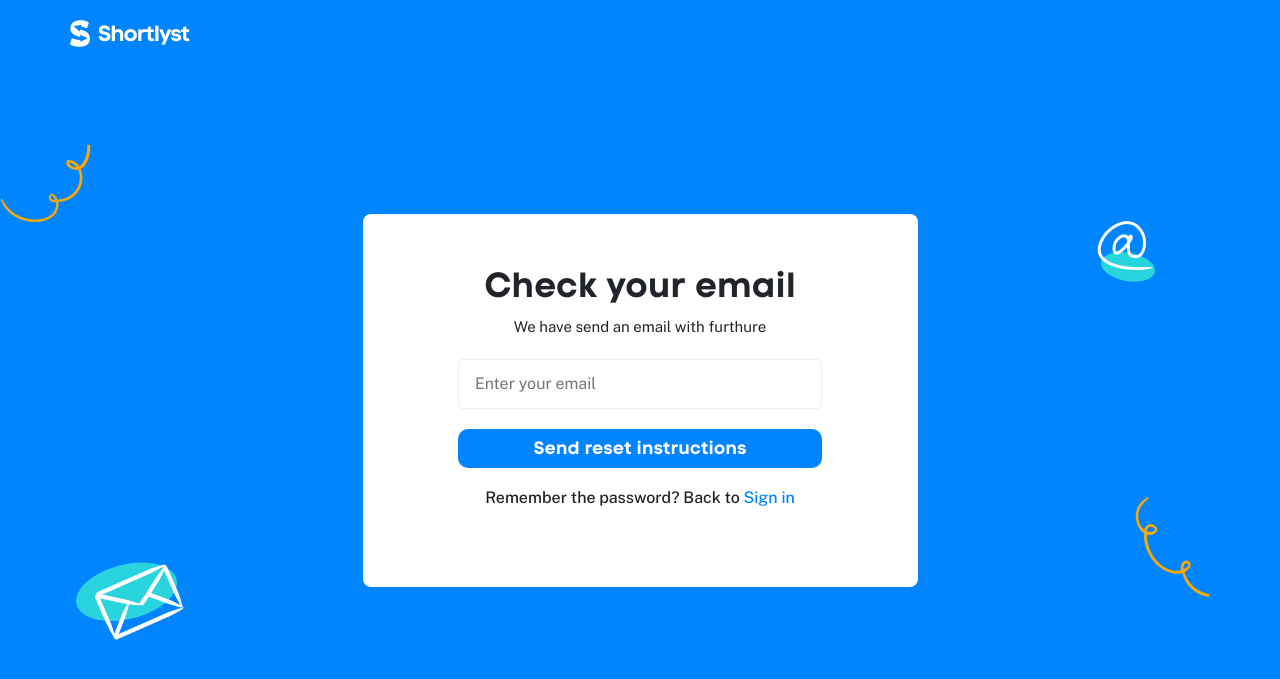
Repository: devtech92/shortlyst-vue
Page: /Checked-email
These files come from the project's save history. The page is drawn as it stood at one moment and after a run of saves; the edit follows.
The browser window is 1280 px wide. The pictures show the whole page.
Some web libraries are served in a nearby version. The project was rebuilt for these pictures with package versions that can differ from the ones it lists, and the page was loaded fresh each time. Also part of the build but not shown: vue.config.js, src/components/layouts/Navigation.vue, src/components/layouts/DefaultLayout.vue, src/views/Home.vue.

Above is the page before, as saved 2021-06-04 22:05:30.

After the next 65 saves:
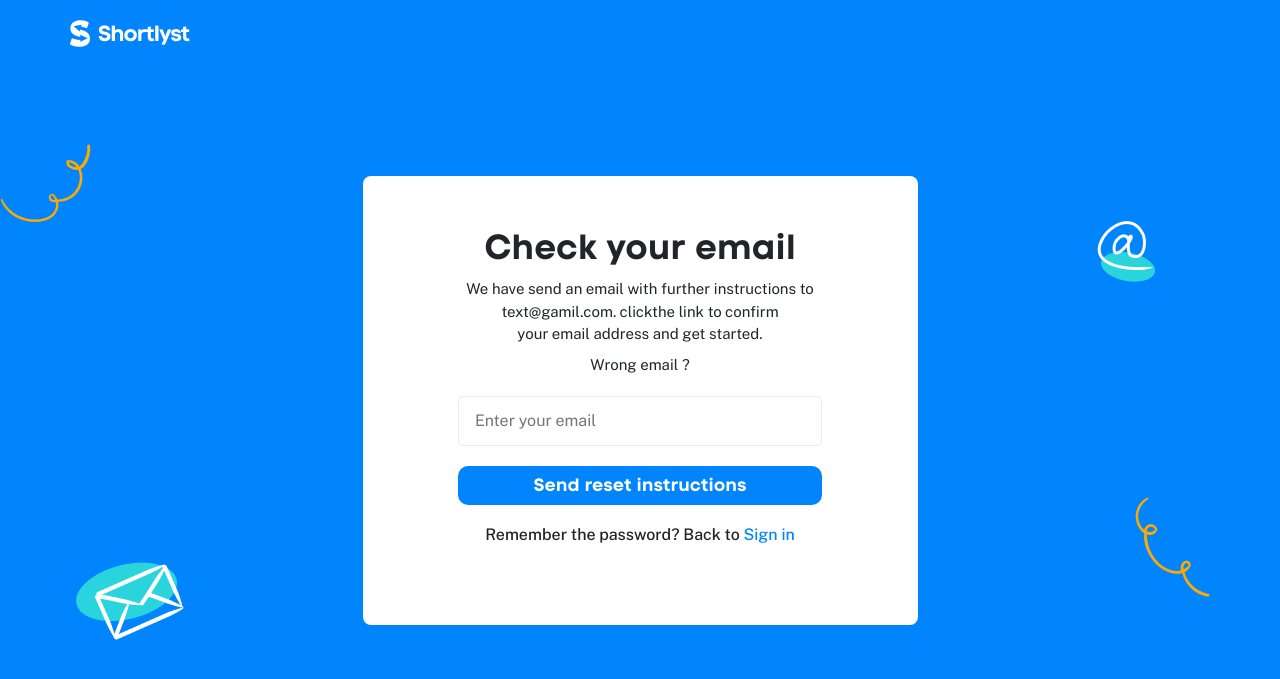
The 65 saves are shown as one change because they came seconds apart.
The last was saved 94 s later.
--- a/src/views/CheckedEmail.vue
+++ b/src/views/CheckedEmail.vue
@@ -32,7 +32,8 @@
             <div class="contacts-sales">
               <div class="salse-title">
                 <h3>Check your email </h3>
-                <p>We have send an email with furthure</p>
+                <p>We have send an email with further instructions to <br/> text@gamil.com. clickthe link to confirm <br/> your email address and get started.</p>
+                <p class="mt-2">Wrong email ?</p>
               </div>
               <form action="" class="contact-form">
                 <div class="forgot-pass">
